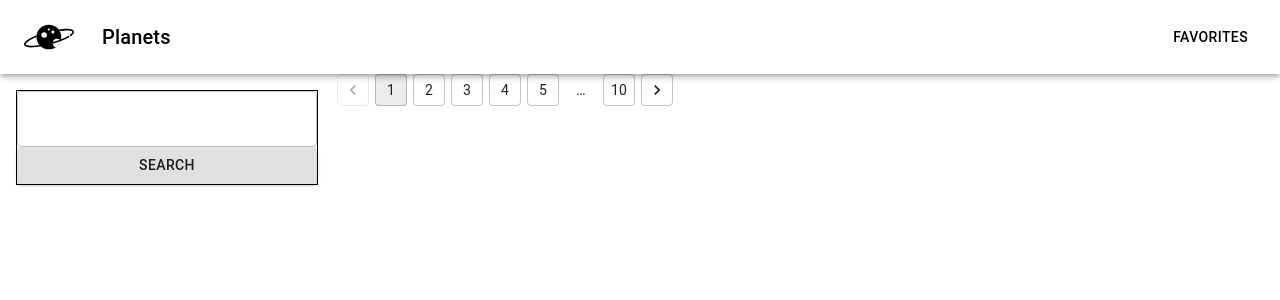
Repository: samridhie01/assignment
Page: /
An editor plug-in stored every save of this project. The page is shown before and after the next save, followed by the edit.
The browser window is 1280 px wide. The pictures show the whole page.
The page's requests for data from a server got no answer. The project was rebuilt for these pictures with package versions that can differ from the ones it lists, and the page was loaded fresh each time. No one was signed in, and anything a server would have sent is missing. Also part of the build but not shown: src/components/planets/Planets.tsx.

Above is the page before, as saved 2020-08-20 12:41:29.

After the next save:
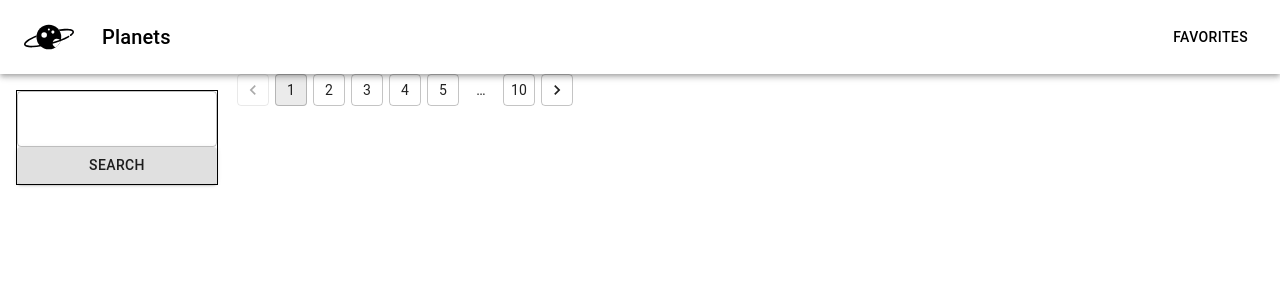
Saved 19 s later.
--- a/src/components/searchBox/SearchBox.tsx
+++ b/src/components/searchBox/SearchBox.tsx
@@ -15,7 +15,7 @@ const Planets = () => {
   return (
     <>
 
-    <Box height="250%" border={1} m={2} width={300} display="inline-block" className={classes.dotted}>
+    <Box height="250%" border={1} m={2} width={200} display="inline-block" className={classes.dotted}>
      <TextField variant="outlined"/>
      <Button variant="contained">Search</Button>
       </Box>
